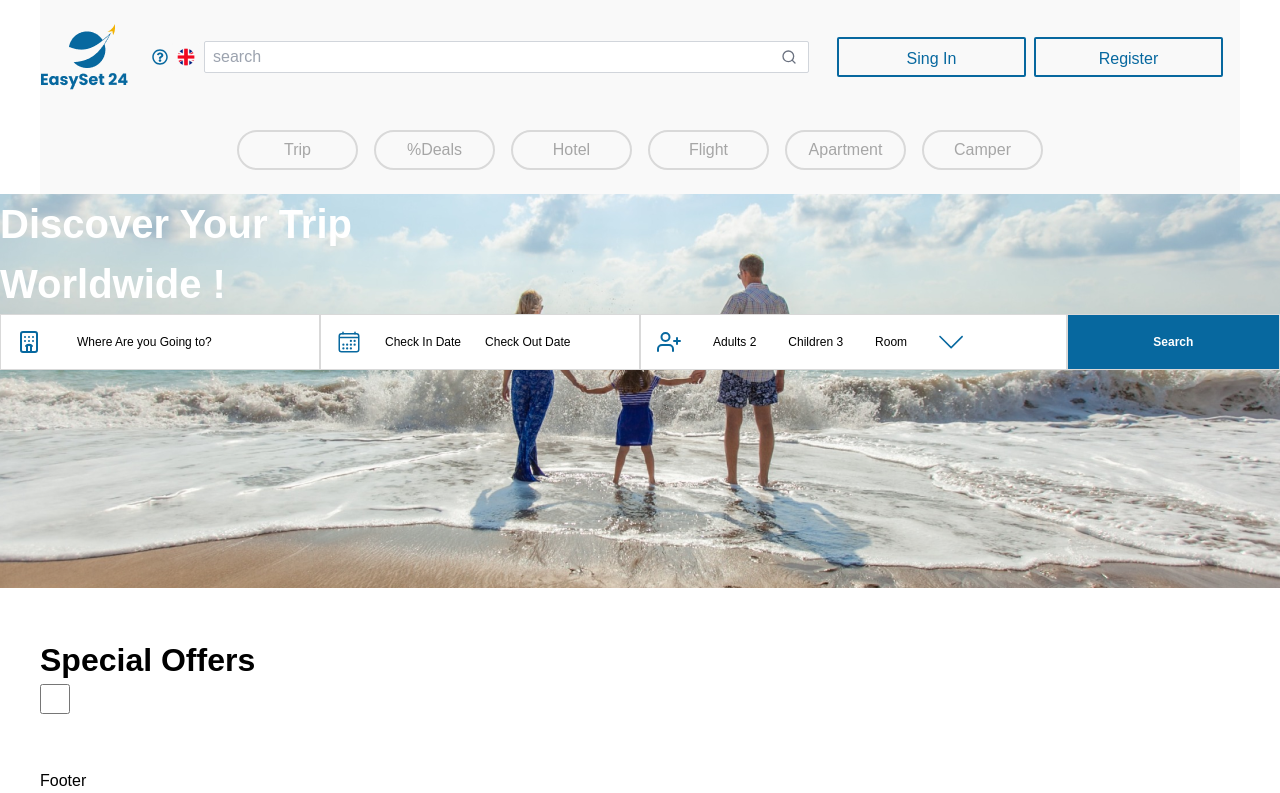
Repository: Quynhhuong150322/DIKO_STUDY_TRAVEL_WEB
Page: /
These files come from the project's save history. The page is drawn as it stood at one moment and after the next save; the edit follows.
The browser window is 1280 px wide. The pictures show the whole page.
The project was rebuilt for these pictures with package versions that can differ from the ones it lists, and the page was loaded fresh each time. Also part of the build but not shown: src/components/Login.js, src/components/Register.js. Imported but missing from the stored project, and not drawn on this page: src/redux/slices/authSlice.

Above is the page before, as saved 2024-02-23 09:48:09.

After the next save:
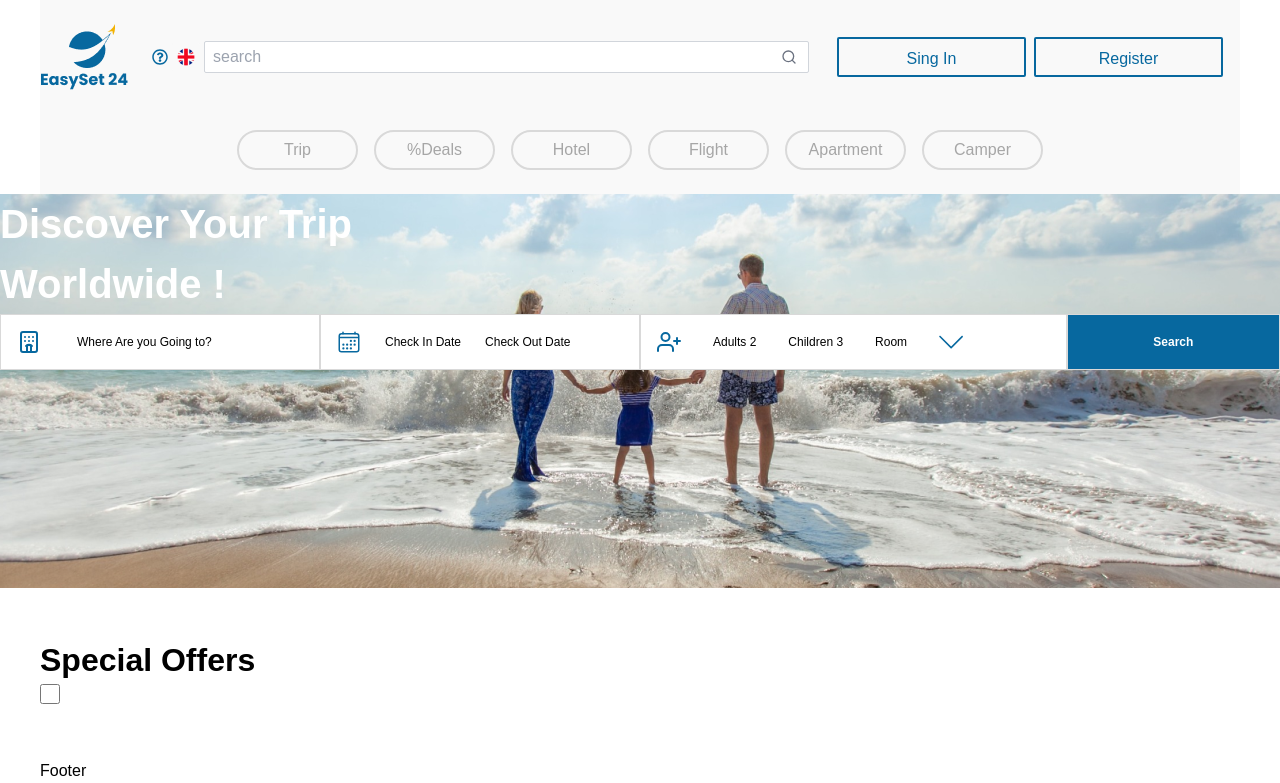
Saved 27 s later.
--- a/src/pages/LangdingPage/Langding.js
+++ b/src/pages/LangdingPage/Langding.js
@@ -66,7 +66,7 @@ const Langding = () => {
           <div className=''>
             <input
               type="checkbox"
-              className="w-[30px] h-[30px] rounded-full border border-gray-300 px-2 py-1 focus:outline-none focus:border-1 focus:border-primary"
+              className="w-[20px] h-[20px] rounded-full border border-gray-300 px-2 py-1 focus:outline-none focus:border-1 focus:border-primary"
             />
           </div>
         </div>
